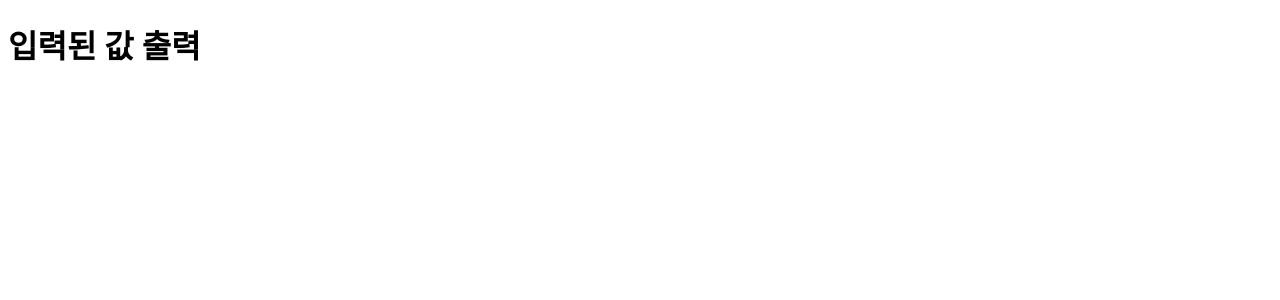
Repository: YooMyeongSeon/JSP_Servlet_Study
Page: http://localhost/web07/Ex_03_Result.jsp
These files come from the project's save history. The page is drawn as it stood at one moment and after the next save; the edit follows.
The browser window is 1280 px wide. The pictures show the whole page.
The page is served by Tomcat 9. Other server files are loaded and not shown.

Above is the page before, as saved 2022-06-10 01:16:38.

### web07/WebContent/Ex_03_Result.jsp
<%@ page language="java" contentType="text/html; charset=UTF-8"
    pageEncoding="UTF-8"%>
<!DOCTYPE html>
<html>
<head>
<meta charset="UTF-8">
<title>Insert title here</title>
</head>
<body>
	<h1>입력된 값 출력</h1>

</body>
</html>

After the next save:
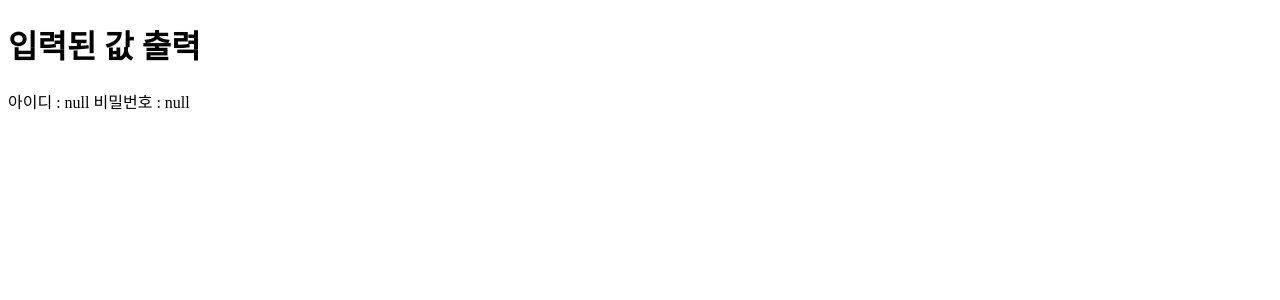
Saved 80 s later.
--- a/web07/WebContent/Ex_03_Result.jsp
+++ b/web07/WebContent/Ex_03_Result.jsp
@@ -8,6 +8,8 @@
 </head>
 <body>
 	<h1>입력된 값 출력</h1>
-
+	<%-- 1. request 객체를 활용한 방법 --%>
+	아이디 : <%= request.getParameter("userId") %>
+	비밀번호 : <%= request.getParameter("userPw") %>
 </body>
 </html>
